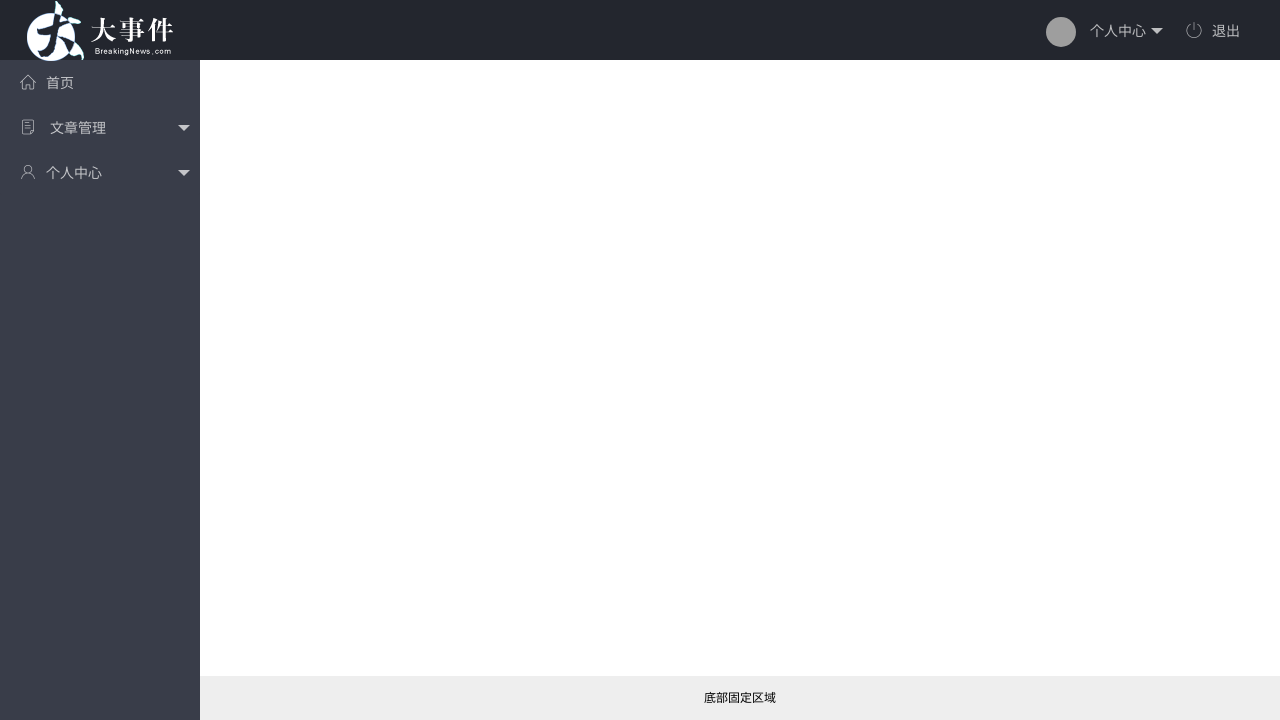
Repository: lithronmatic/web_bigbigevent
Page: index.html
The author's editor kept a copy of each file at every save. The page is drawn from the files as they stood at one save, then again after the next save.
The browser window is 1280 px wide. The pictures show the whole page.
Pictures or frames that could not be fetched are drawn as grey boxes. The page's requests for data from a server got no answer.

Above is the page before, as saved 2022-09-03 09:27:38.

After the next save:
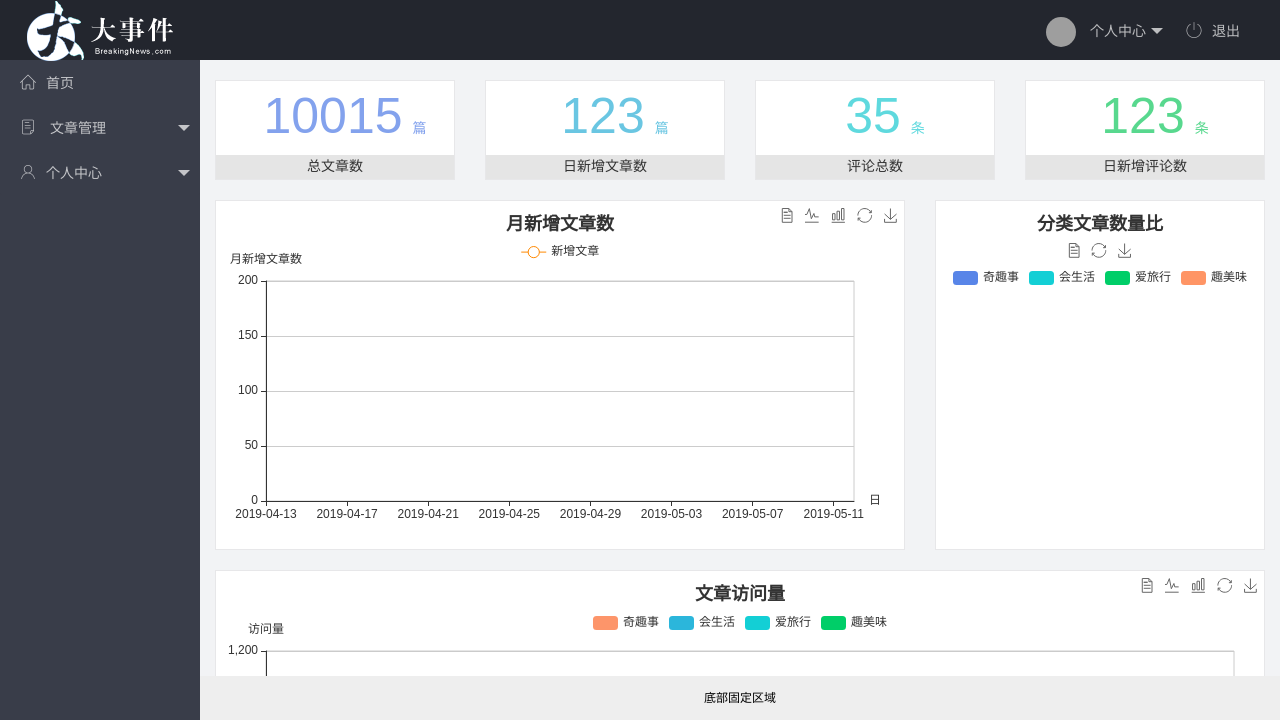
Saved 116 s later.
--- a/index.html
+++ b/index.html
@@ -70,7 +70,7 @@
 
         <div class="layui-body">
             <!-- 内容主体区域 -->
-            <iframe src="" name="fm" frameborder="0"></iframe>
+            <iframe src="./home/dashboard.html" name="fm" frameborder="0"></iframe>
         </div>
 
         <div class="layui-footer">
